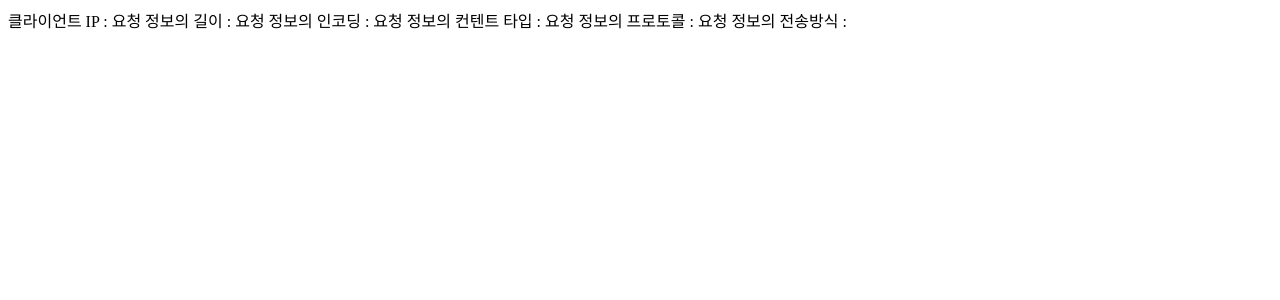
Repository: seminocoe/JSP_STUDY
Page: http://localhost/ServletProject/implicit/reqEx01.jsp
An editor plug-in stored every save of this project. The page is shown before and after the next save, followed by the edit.
The browser window is 1280 px wide. The pictures show the whole page.
The page is served by Tomcat 9. Nobody is signed in. The application's start-up code is not run. Other server files are loaded and not shown.

Above is the page before, as saved 2022-08-02 01:17:28.

### ServletProject/src/main/webapp/implicit/reqEx01.jsp
<%@ page language="java" contentType="text/html; charset=UTF-8"
    pageEncoding="UTF-8"%>
<!DOCTYPE html>
<html>
<head>
<meta charset="UTF-8">
<title>클라이언트 및 서버 정보</title>
</head>
<body>
클라이언트 IP :
요청 정보의 길이 :
요청 정보의 인코딩 :
요청 정보의 컨텐트 타입 :
요청 정보의 프로토콜 :
요청 정보의 전송방식 :
</body>
</html>

After the next save:
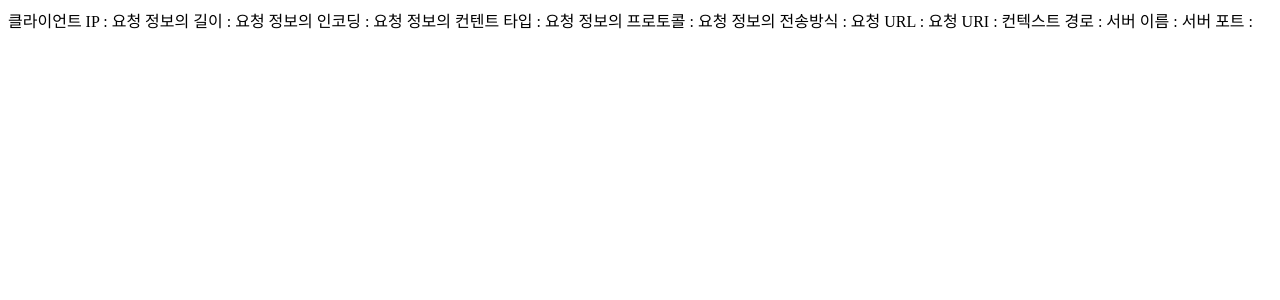
Saved 43 s later.
--- a/ServletProject/src/main/webapp/implicit/reqEx01.jsp
+++ b/ServletProject/src/main/webapp/implicit/reqEx01.jsp
@@ -13,5 +13,10 @@
 요청 정보의 컨텐트 타입 :
 요청 정보의 프로토콜 :
 요청 정보의 전송방식 :
+요청 URL :
+요청 URI :
+컨텍스트 경로 :
+서버 이름 :
+서버 포트 :
 </body>
 </html>
